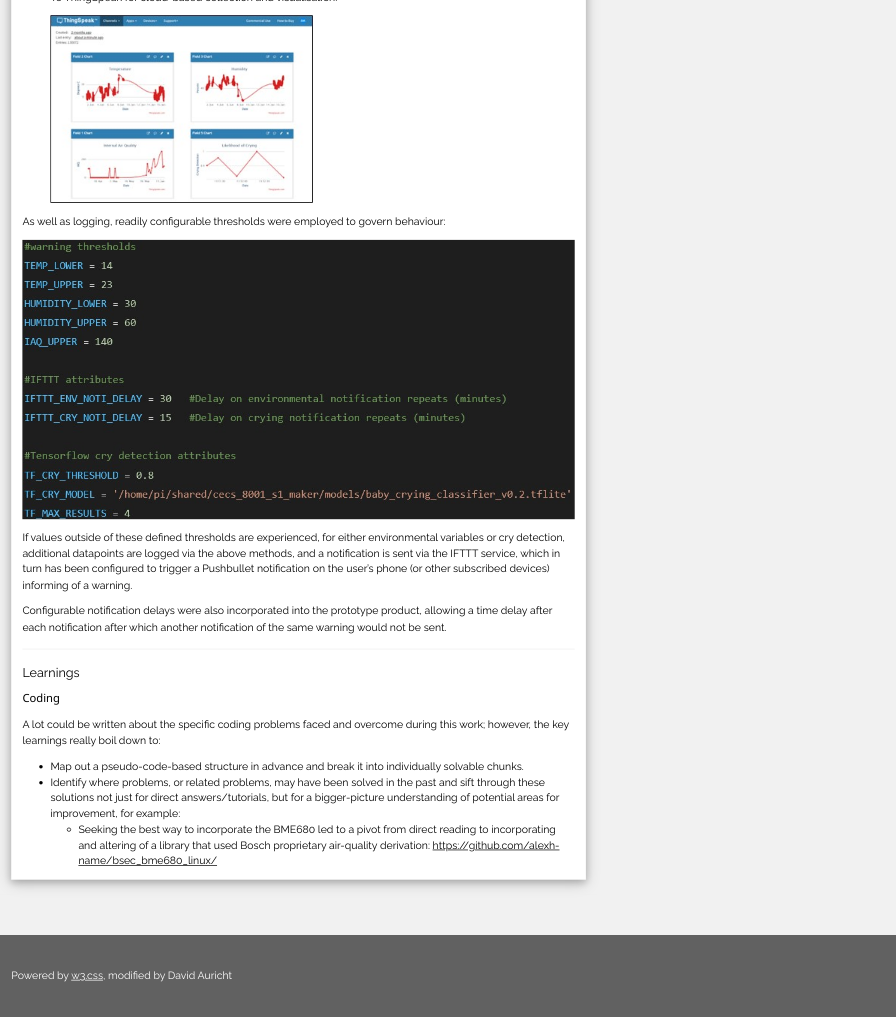
Repository: TodaysSawyer/cecs_8001_journal
Page: CECS_8001_build_journal/maker_project.html
These files come from the project's save history. The page is drawn as it stood at one moment and after the next save; the edit follows.
The browser window is 1280 px wide. The pictures show the part of the page from y = 2554 to 4474 px (the page is 4007 px tall before and 4474 px after), at 70% of full size.

Above is the page before, as saved 2022-08-23 10:45:50.

### CECS_8001_build_journal/maker_project.html
<!--Site layout and design credit goes to W3 Schools' "Blog template" from https://www.w3schools.com/w3css/tryw3css_templates_blog.htm-->
<!--Modifications and content by David Auricht-->

<!DOCTYPE html>
<html>
<head>
<title>David Auricht's Cybernetics Build Journal</title>
<meta charset="UTF-8">
<meta name="viewport" content="width=device-width, initial-scale=1">
<link rel="stylesheet" href="https://www.w3schools.com/w3css/4/w3.css">
<link rel="stylesheet" href="https://fonts.googleapis.com/css?family=Raleway">
<style>
body,h1,h2,h3,h4,h5 {font-family: "Raleway", sans-serif}
</style>
</head>
<body class="w3-light-grey">

<!-- w3-content defines a container for fixed size centered content,
and is wrapped around the whole page content, except for the footer in this example -->
<div class="w3-content" style="max-width:1400px">

<!-- Header -->
<header class="w3-container w3-center w3-padding-32">
  <h1><b>Master of Applied Cybernetics - CECS8001 – Build Journey</b></h1>
  <p>David Auricht - U7446851</p>
</header>

<!-- Grid -->
<div class="w3-row">

<!-- Blog entries -->
<div class="w3-col l8 s12">
  <!-- Blog entry -->
  <div class="w3-card-4 w3-margin w3-white">
    <div class="w3-container">
      <h3><b>Maker Project</b></h3>
    </div>

    <div class="w3-container">
      <h6>Covered: Skills 1, 2, 3</h6>
      <p>The Individual Maker Project was a key pressing matter and drew upon, to varying degrees, all three target skills. With a goal of building a “cybernetic” baby monitor, and in order of skills, I would need:</p>
      <ol>
        <li>Coding - writing a large library of bespoke Python, operating on a Raspberry Pi to support key objectives of environmental monitoring, cry detection and classification utilising a machine learning model, data logging and smart notifications, and a real-time video stream.</li>
        <li>Physical “making” - soldering sensors and mounting components.</li>
        <li>Project managing - setting a defined set of goals, working to an iterative model that aims to ensure a functional product at multiple intervals in line with hitting a strict demo-day deadline.</li>
      </ol>
      <p>I found myself barrelling down ever more rabbit holes as I iterated from a simple BME280-based environmental sensor to a fully-featured prototype. To extract from CECS6001 Assessment 2B writings:</p>
      <i>
        <p>In the prototype phase, boundaries of the product will be strictly defined by the creator. In particular, the functions that sit outside these boundaries are:</p>
        <ul>
          <li>Implementation of only a single degree of machine-learning enabled monitoring (audio).</li>
          <li>No dedicated web interface (although camera feed was made available in a simple webform).</li>
          <li>No dedicated applications for direct mobile interfacing.</li>
          <li>No analysis of captured data or cross-referencing with health studies and outcomes.</li>
          <li>No “feedback” of captured data or data analysis into the models and processes.</li>
        </ul>
        <p>Further to this, the physical design of the prototype is limited as a bare Raspberry Pi with USB microphone, wired and bare environmental sensor, and ribbon-connected, unhoused, camera.  The lack of housing, and inability to suitably mount the sensors without utilising twisted wire, is far from marketable or usable in an average household scenario.</p>
      </i>
      <p>Please refer to the following page for a schematic of the Maker Project, covering ultimate goal and prototype implementation, and feel free to review the committed code at <a href="https://gitlab.cecs.anu.edu.au/u7446851/cecs_8001_s1_maker" target="_blank">https://gitlab.cecs.anu.edu.au/u7446851/cecs_8001_s1_maker</a>(please ask me for access as required, as I’m not comfortable with making it public in the present state).</p>
      <p><a href = "maker_schematic.jpg" target = "_blank"><img src="maker_schematic.jpg" alt="Maker project: Overall schematic" style="width:100%" ></a></p>
      <hr>

      <h5>Prototype Behaviour</h5>
      <p>Core functionalities were specifically selected as they met key criteria defined early in project planning:</p>
      <ul>
        <li>Useable as-is</li>
        <li>Proving of the ultimate concept (demonstrating MVP AI and “smart” functionality)</li>
        <li>Able to generate useful data for analysis and for feeding into future iterations</li>
        <li>Achievable within the defined timeframe</li>
      </ul>
      <p>As depicted in the schematic, the prototype employs three forms of sensor; a camera for video, microphone for audio and BME680 for environmental monitoring. Whilst the video sensor is simply, in the prototype, passed to a locally hosted webpage for direct viewing without any other action derivation, the audio and environmental monitors are utilised to continuously log data:</p>
      <ul>
        <li>Cry detection (based on self-trained TensorFlow machine learning model), and, if detected:</li>
        <ul>
          <li>Cry classification (discomfort, hunger, tired, burping)</li>
        </ul>
        <li>Environmental variables (takes 20 readings, averages all metrics, then reports):</li>
        <ul>
          <li>Temperature</li>
          <li>Humidity</li>
          <li>Pressure</li>
          <li>Gas (presence of compounds inferred from conductivity measure)</li>
          <li>Internal Air Quality (IAQ) (as derived from above data, by Bosch’s proprietary formula)</li>
          <li>IAQ accuracy (sensor calibrates on start-up, with accuracy slowly increasing to “3”)</li>
        </ul>
      </ul>
      <p>For broad interoperability, logging was directed:</p>
      <ul>
        <li>Locally for later collection and internal use.</li>
        <li>Via MQTT for logging and monitoring on other devices on the internal network (screenshot from networked laptop), and integration with smart home services such as Home Assistant:</li>
        <p><img src="maker_mqtt.jpg" alt="Maker project: MQTT logging" style="width:50%" class="center"></p>
        <li>To ThingSpeak for cloud-based collection and visualisation:</li>
        <p><img src="maker_ts.jpg" alt="Maker project: ThingSpeak logging" style="width:50%" class="center"></p>
      </ul>
      <p>As well as logging, readily configurable thresholds were employed to govern behaviour:</p>
      <p><img src="maker_config.jpg" alt="Maker project: Configuration" style="width:100%" class="center"></p>
      <p>If values outside of these defined thresholds are experienced, for either environmental variables or cry detection, additional datapoints are logged via the above methods, and a notification is sent via the IFTTT service, which in turn has been configured to trigger a Pushbullet notification on the user’s phone (or other subscribed devices) informing of a warning.</p>
      <p>Configurable notification delays were also incorporated into the prototype product, allowing a time delay after each notification after which another notification of the same warning would not be sent.</p>
      <hr>

      <h5>Learnings</h5>
      <h6>Coding</h6>
      <p>A lot could be written about the specific coding problems faced and overcome during this work; however, the key learnings really boil down to:</p>
      <ul>
        <li>Map out a pseudo-code-based structure in advance and break it into individually solvable chunks.</li>
        <li>Identify where problems, or related problems, may have been solved in the past and sift through these solutions not just for direct answers/tutorials, but for a bigger-picture understanding of potential areas for improvement, for example:</li>
        <ul>
          <li>Seeking the best way to incorporate the BME680 led to a pivot from direct reading to incorporating and altering of a library that used Bosch proprietary air-quality derivation:  <a href="https://github.com/alexh-name/bsec_bme680_linux" target="_blank">https://github.com/alexh-name/bsec_bme680_linux/</a></li>
        </ul>
      </ul>

    </div>
  </div>
  <hr>
<!-- END BLOG ENTRIES -->
</div>

<!-- Sidebar -->
<div class="w3-col l4">
  <!-- About Card -->
  <div class="w3-card w3-margin w3-margin-top">
  <img src="home_dave_profile.jpg" style="width:100%">
    <div class="w3-container w3-white">
      <h4><b>Dave</b></h4>
      <p>"Recovering Professional Cynic"</p>
      <p>With a background in software testing, and management thereof, I come to the programme loking to hone broader interests in modern and emerging technologies and the benefits I hope they can provide to society.</p>
    </div>
  </div><hr>

  <!-- Posts -->
  <div class="w3-card w3-margin">
    <div class="w3-container w3-padding">
      <h4>Entries</h4>
    </div>
    <ul class="w3-ul w3-hoverable w3-white">
      <li>
         <a href="index.html" target="_self">
         <img src="sidebar_intro_icon.jpg" alt="Image" class="w3-left w3-margin-right" style="width:50px">
         <span class="w3-large">Intro</span><br>
         <span>An introduction to myself and my journal.</span>
         </a>
      </li>
      <li>
        <a href="skills.html" target="_self">
        <img src="skills_balloon.jpg" alt="Image" class="w3-left w3-margin-right" style="width:50px">
        <span class="w3-large">Skills</span><br>
        <span>An overview of "build" skills to be developed</span>
        </a>
     </li>
    </ul>
  </div>
  <hr>

<!-- END Sidebar -->
</div>

<!-- END GRID -->
</div><br>

<!-- END w3-content -->
</div>

<!-- Footer -->
<footer class="w3-container w3-dark-grey w3-padding-32 w3-margin-top">
  <p>Powered by <a href="https://www.w3schools.com/w3css/default.asp" target="_blank">w3.css</a>, modified by David Auricht</p>
</footer>

</body>
</html>

After the next save:
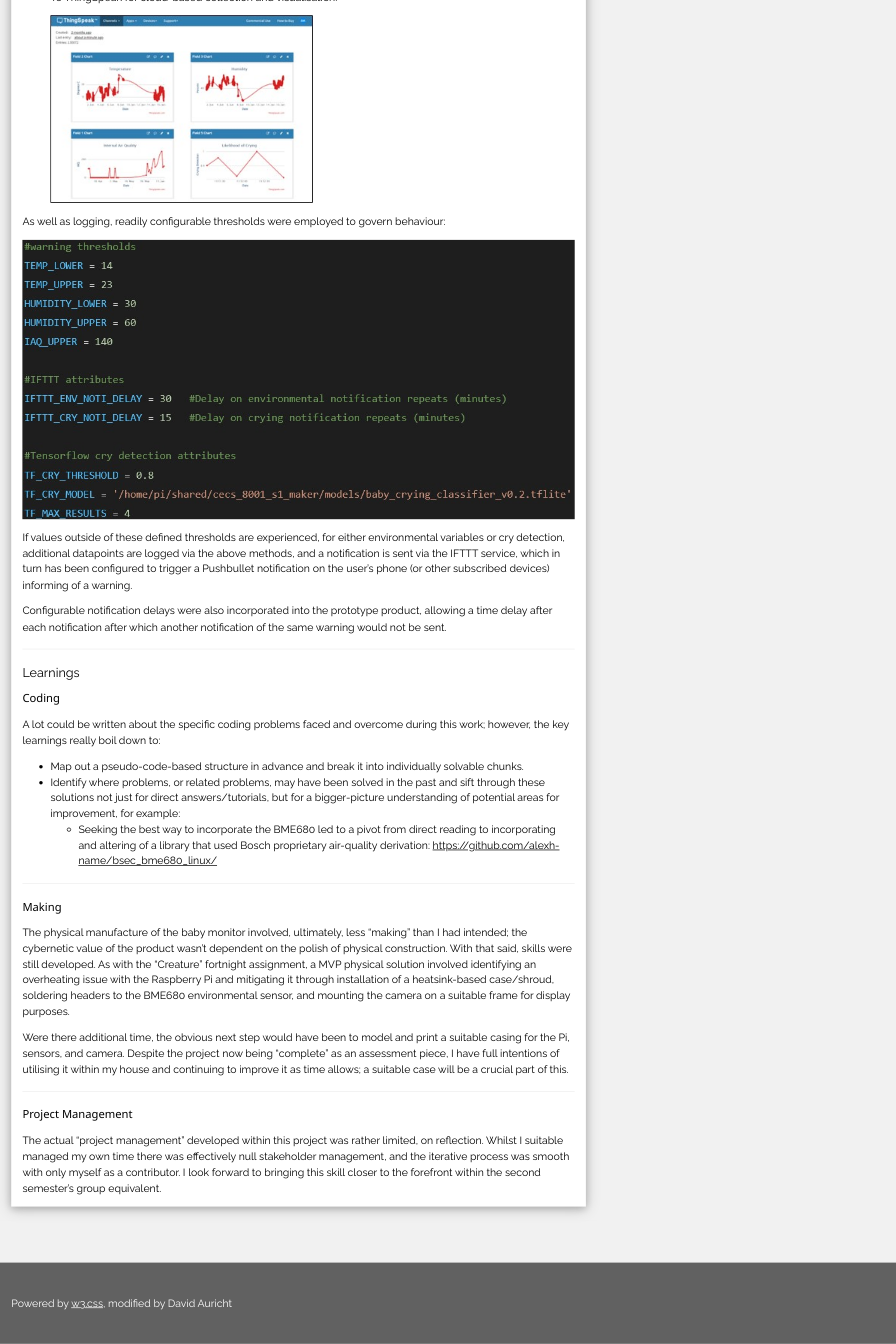
Saved 109 s later.
--- a/CECS_8001_build_journal/maker_project.html
+++ b/CECS_8001_build_journal/maker_project.html
@@ -108,6 +108,15 @@
           <li>Seeking the best way to incorporate the BME680 led to a pivot from direct reading to incorporating and altering of a library that used Bosch proprietary air-quality derivation:  <a href="https://github.com/alexh-name/bsec_bme680_linux" target="_blank">https://github.com/alexh-name/bsec_bme680_linux/</a></li>
         </ul>
       </ul>
+      <hr>
+
+      <h6>Making</h6>
+      <p>The physical manufacture of the baby monitor involved, ultimately, less “making” than I had intended; the cybernetic value of the product wasn’t dependent on the polish of physical construction. With that said, skills were still developed. As with the “Creature” fortnight assignment, a MVP physical solution involved identifying an overheating issue with the Raspberry Pi and mitigating it through installation of a heatsink-based case/shroud, soldering headers to the BME680 environmental sensor, and mounting the camera on a suitable frame for display purposes.</p>
+      <p>Were there additional time, the obvious next step would have been to model and print a suitable casing for the Pi, sensors, and camera. Despite the project now being “complete” as an assessment piece, I have full intentions of utilising it within my house and continuing to improve it as time allows; a suitable case will be a crucial part of this.</p>
+      <hr>
+
+      <h6>Project Management</h6>
+      <p>The actual “project management” developed within this project was rather limited, on reflection. Whilst I suitable managed my own time there was effectively null stakeholder management, and the iterative process was smooth with only myself as a contributor. I look forward to bringing this skill closer to the forefront within the second semester’s group equivalent.</p>
 
     </div>
   </div>
